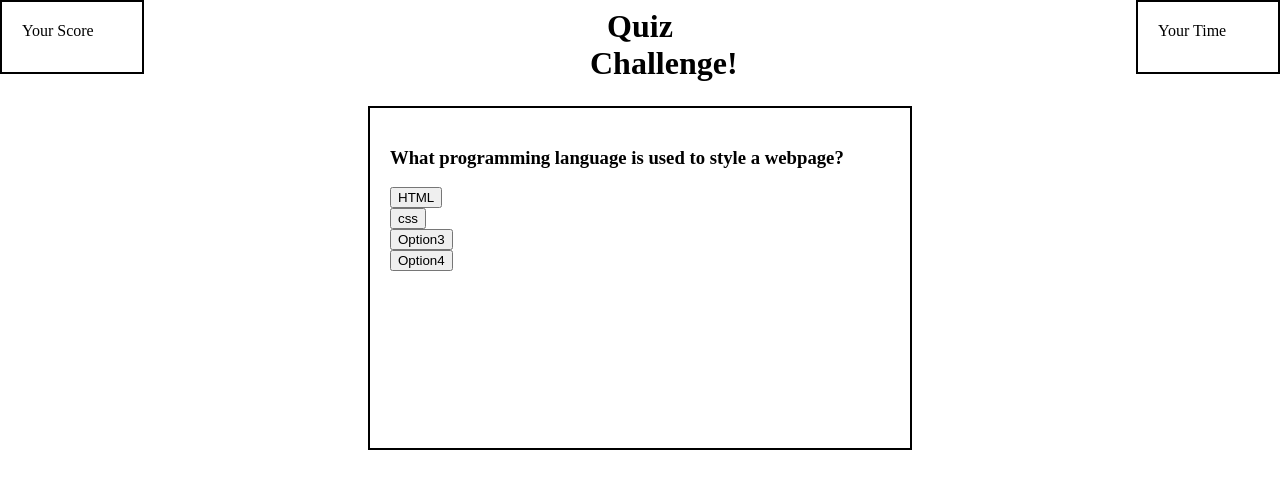
Repository: s88leigh/Quiz-Challenge
Page: index.html
An editor plug-in stored every save of this project. The page is shown before and after the next save, followed by the edit.
The browser window is 1280 px wide. The pictures show the whole page.

Above is the page before, as saved 2019-10-19 20:33:36.

After the next save:
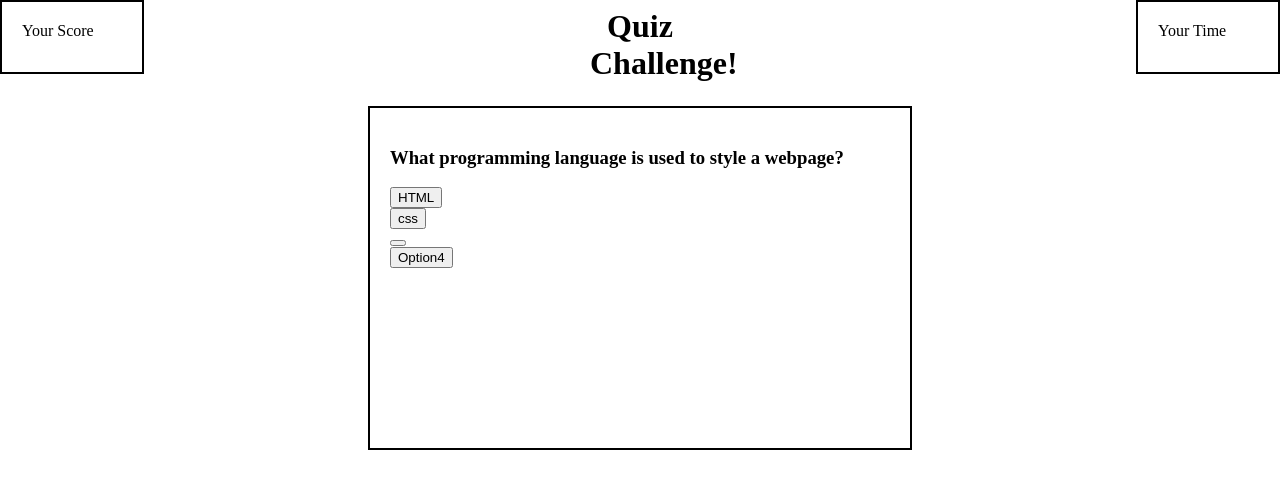
Saved 5 s later.
--- a/script.js
+++ b/script.js
@@ -8,7 +8,7 @@ var answersDiv = document.getElementById("answers");
 var questions = [
     {
         questionText: "What programming language is used to style a webpage?",
-        choices: ["HTML", "css", "Option3", "Option4"],
+        choices: ["HTML", "css", "", "Option4"],
         answer: "css"
     },
     {
